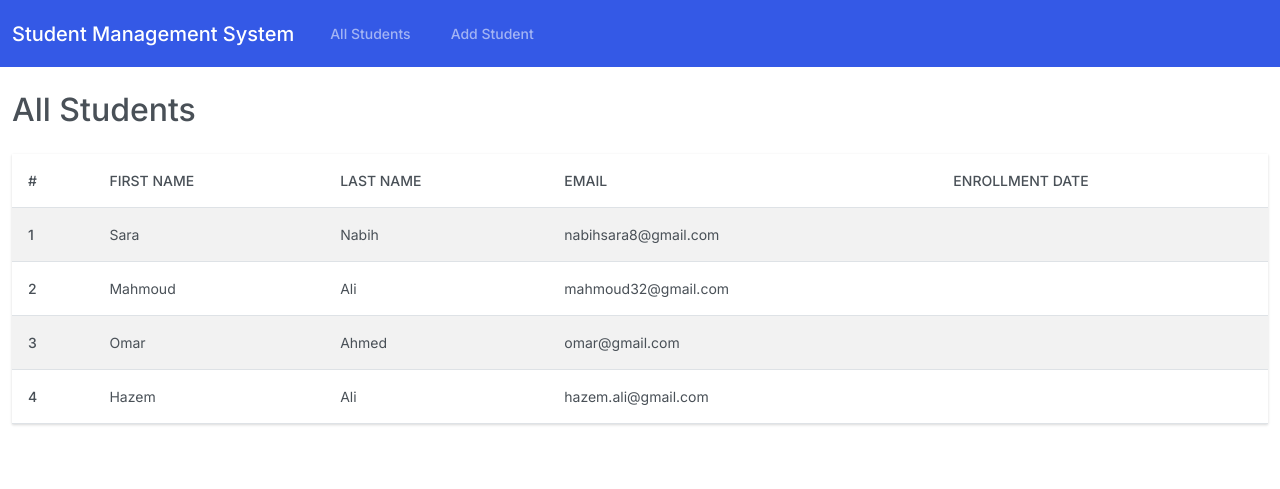
Repository: saraanbih/Student-Management-System
Page: http://localhost/
The author's editor kept a copy of each file at every save. The page is drawn from the files as they stood at one save, then again after the next save.
The browser window is 1280 px wide. The pictures show the whole page.
The page is served by the project's application, run on Django 5.2 (manage.py). The page reads the database file committed with the project.

Above is the page before, as saved 2025-09-11 15:30:10.

After the next save:
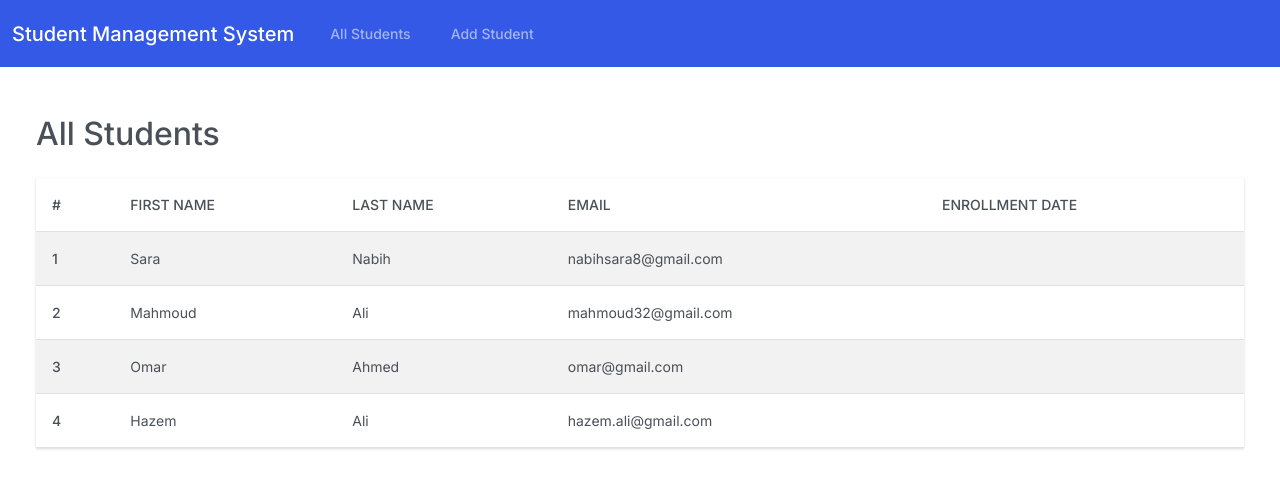
Saved 26 s later.
--- a/students/templates/students/index.html
+++ b/students/templates/students/index.html
@@ -36,7 +36,7 @@
     </nav>
 
     <div class="container-fluid my-4 flex-grow-1">
-      <div class="row">
+      <div class="m-4">
         <div class="col-md-12">
           <h2 class="mb-4">All Students</h2>
           <table class="table table-striped">

After the save that followed:
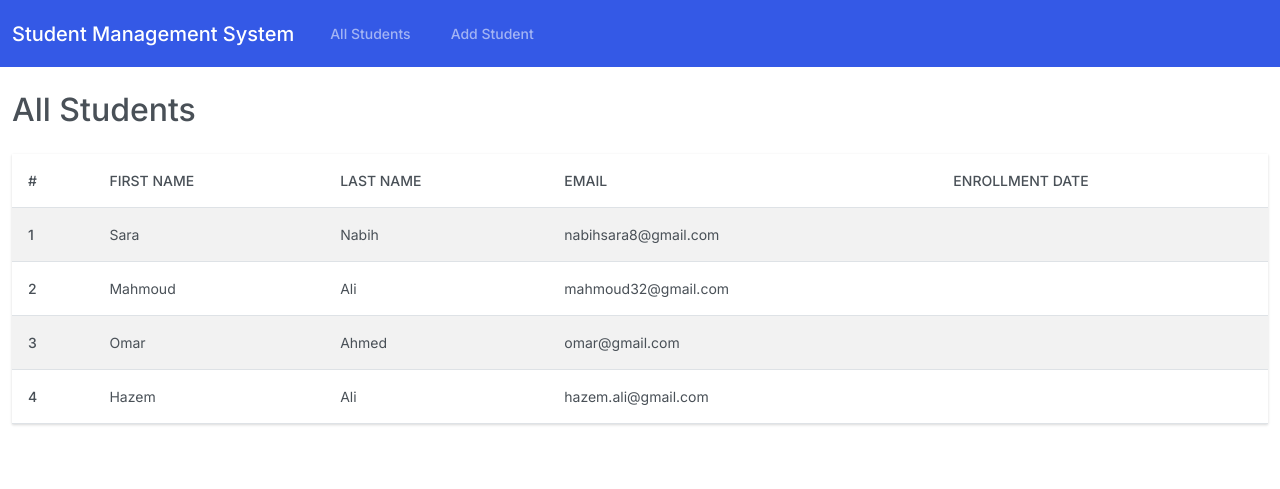
Saved 7 s later.
--- a/students/templates/students/index.html
+++ b/students/templates/students/index.html
@@ -36,8 +36,6 @@
     </nav>
 
     <div class="container-fluid my-4 flex-grow-1">
-      <div class="m-4">
-        <div class="col-md-12">
           <h2 class="mb-4">All Students</h2>
           <table class="table table-striped">
             <thead>
